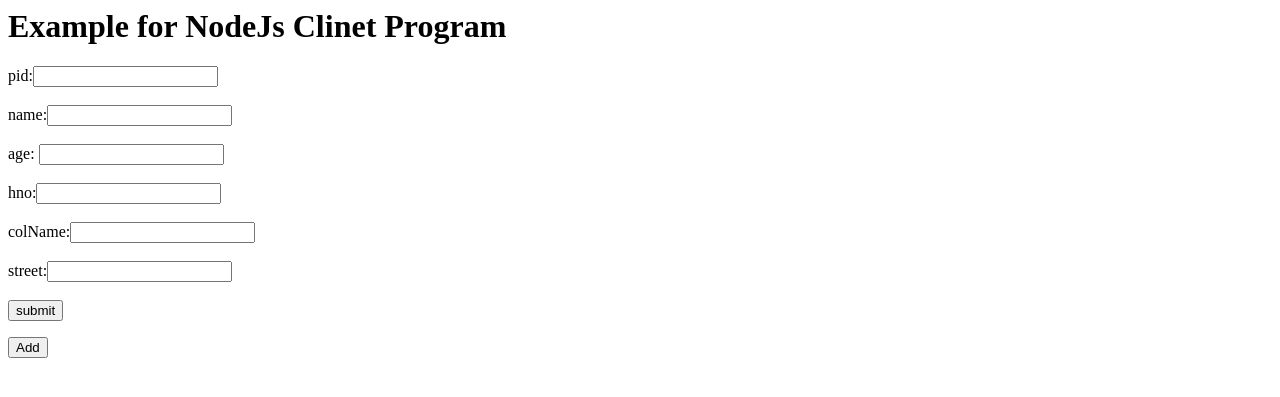
Repository: priyanalleboina/JsTraining
Page: Priyanka _JsExcercies/Excersice-14-ts/index.html
These files come from the project's save history. The page is drawn as it stood at one moment and after the next save; the edit follows.
The browser window is 1280 px wide. The pictures show the whole page.

Above is the page before, as saved 2020-06-04 15:05:38.

### Priyanka _JsExcercies/Excersice-14-ts/index.html
<html lang="en">
<head>
  <meta charset="UTF-8">
  <meta name="viewport" content="width=device-width, initial-scale=1.0">
  <title>Add Program</title>
</head>
<body>
  <div>
    <h1>Example for NodeJs Clinet Program</h1>
    <form method="GET" action="http://localhost:4000/create">
        <label>pid:</label><input id="id" name="pid"></br></br>
        <label>name:</label><input id="name" name="name"></br></br>
        <label>age:</label> <input id="age" name="age"></br></br>
        <label>hno:</label><input id="hno" name="hno"></br></br>
        <label>colName:</label><input id="colName" name="colName"></br></br>
        <label>street:</label><input id="street" name="street"></br></br>
        <input type="submit" value="submit"/></br>
      </form>
    <button type="submit">Add</button>
    <div>
  </div>
  </div>
</body>
</html>

After the next save:
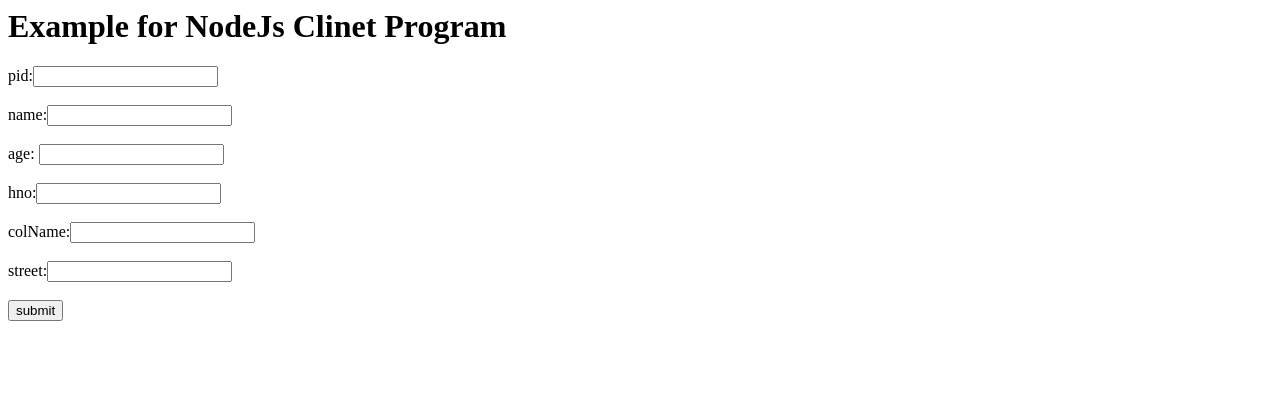
Saved 58 min 17 s later.
--- a/Priyanka _JsExcercies/Excersice-14-ts/index.html
+++ b/Priyanka _JsExcercies/Excersice-14-ts/index.html
@@ -16,7 +16,6 @@
         <label>street:</label><input id="street" name="street"></br></br>
         <input type="submit" value="submit"/></br>
       </form>
-    <button type="submit">Add</button>
     <div>
   </div>
   </div>
